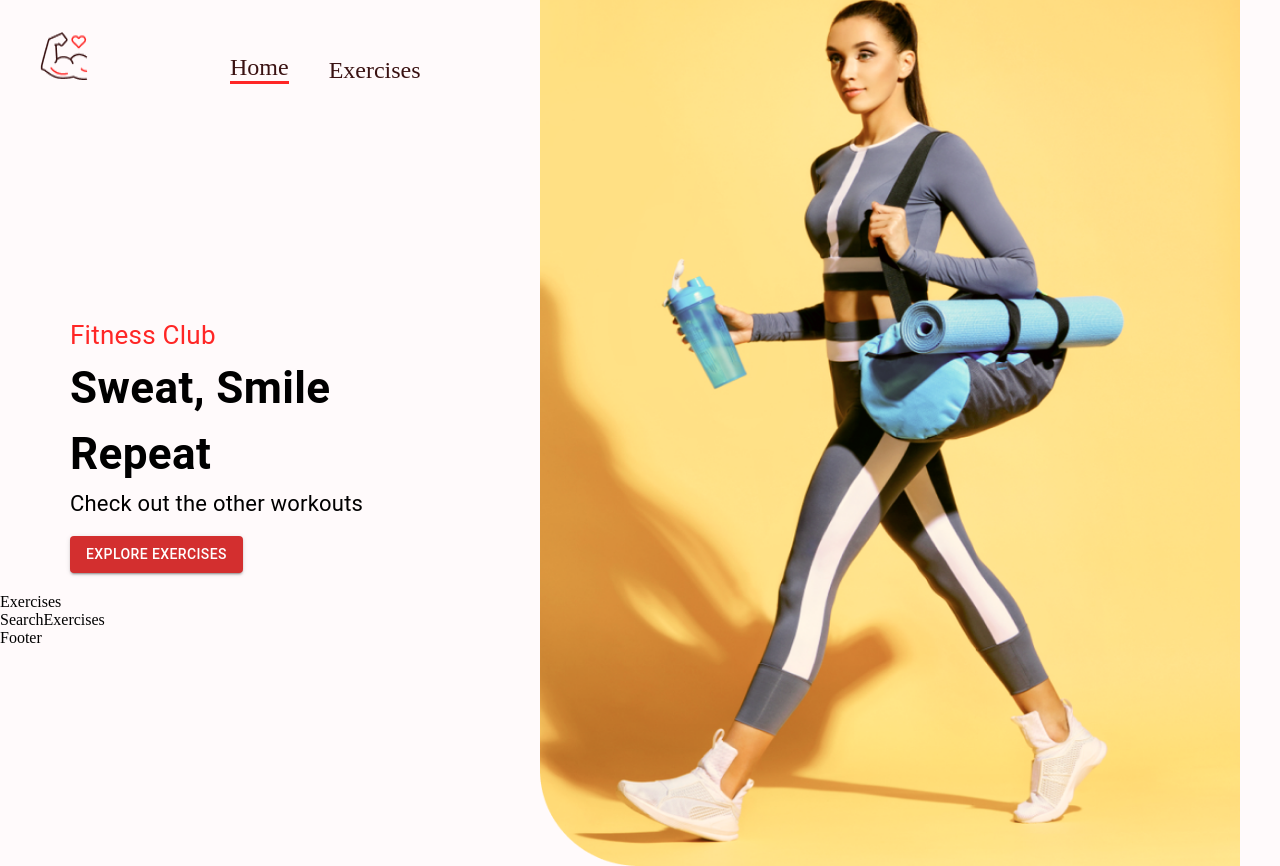
Repository: lvcg/FlexFiend
Page: /
An editor plug-in stored every save of this project. The page is shown before and after a run of saves, followed by the edit.
The browser window is 1280 px wide. The pictures show the whole page.
The project was rebuilt for these pictures with package versions that can differ from the ones it lists, and the page was loaded fresh each time. Also part of the build but not shown: src/pages/ExerciseDetail.js.

Above is the page before, as saved 2023-03-06 13:44:35.

After the next 2 saves:
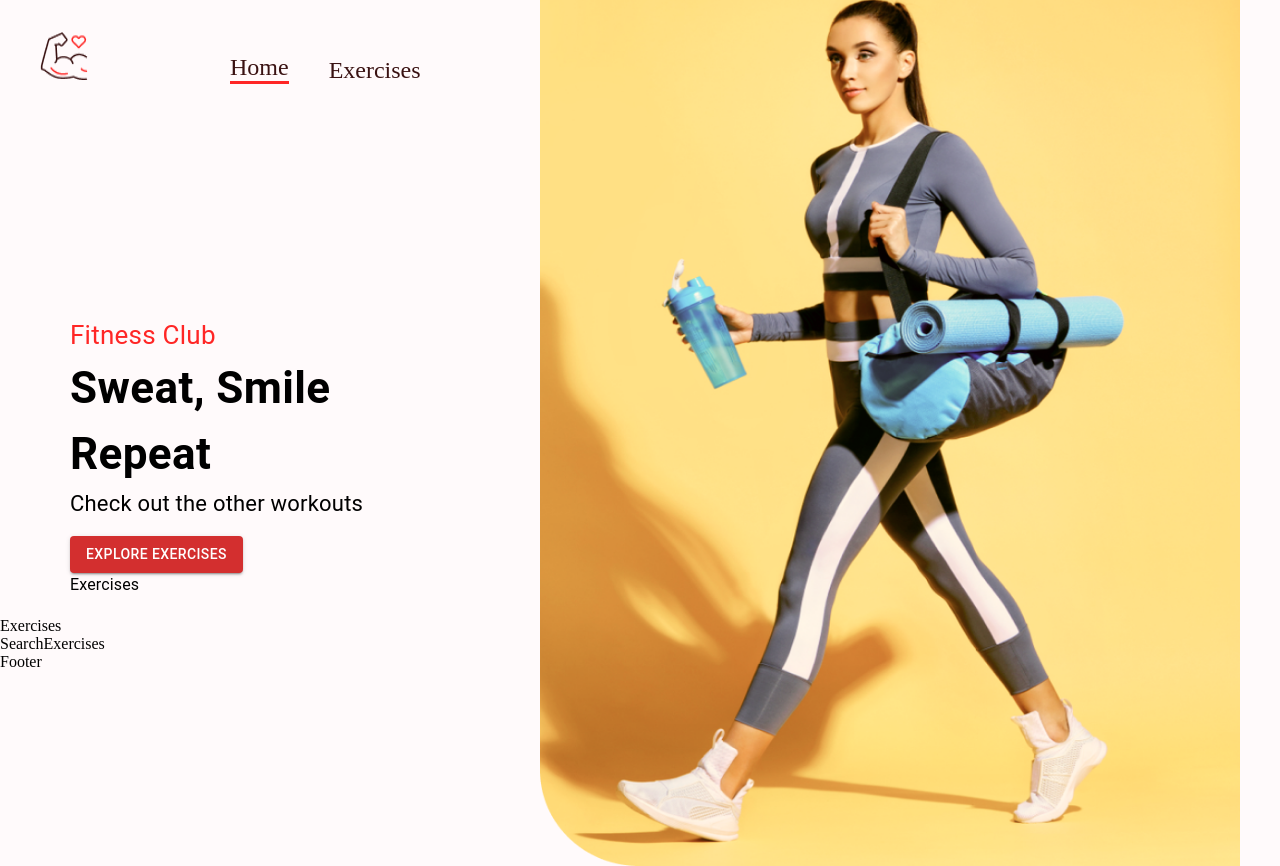
The 2 saves are shown as one change because they came seconds apart.
The last was saved 19 s later.
--- a/src/components/HeroBanner.js
+++ b/src/components/HeroBanner.js
@@ -25,7 +25,7 @@
             Explore Exercises
         </Button>
         <Typography>
-
+            Exercises
         </Typography>
         <img src={HeroBannerImage} alt="banner" className="hero-banner-img"/>
     </Box>
